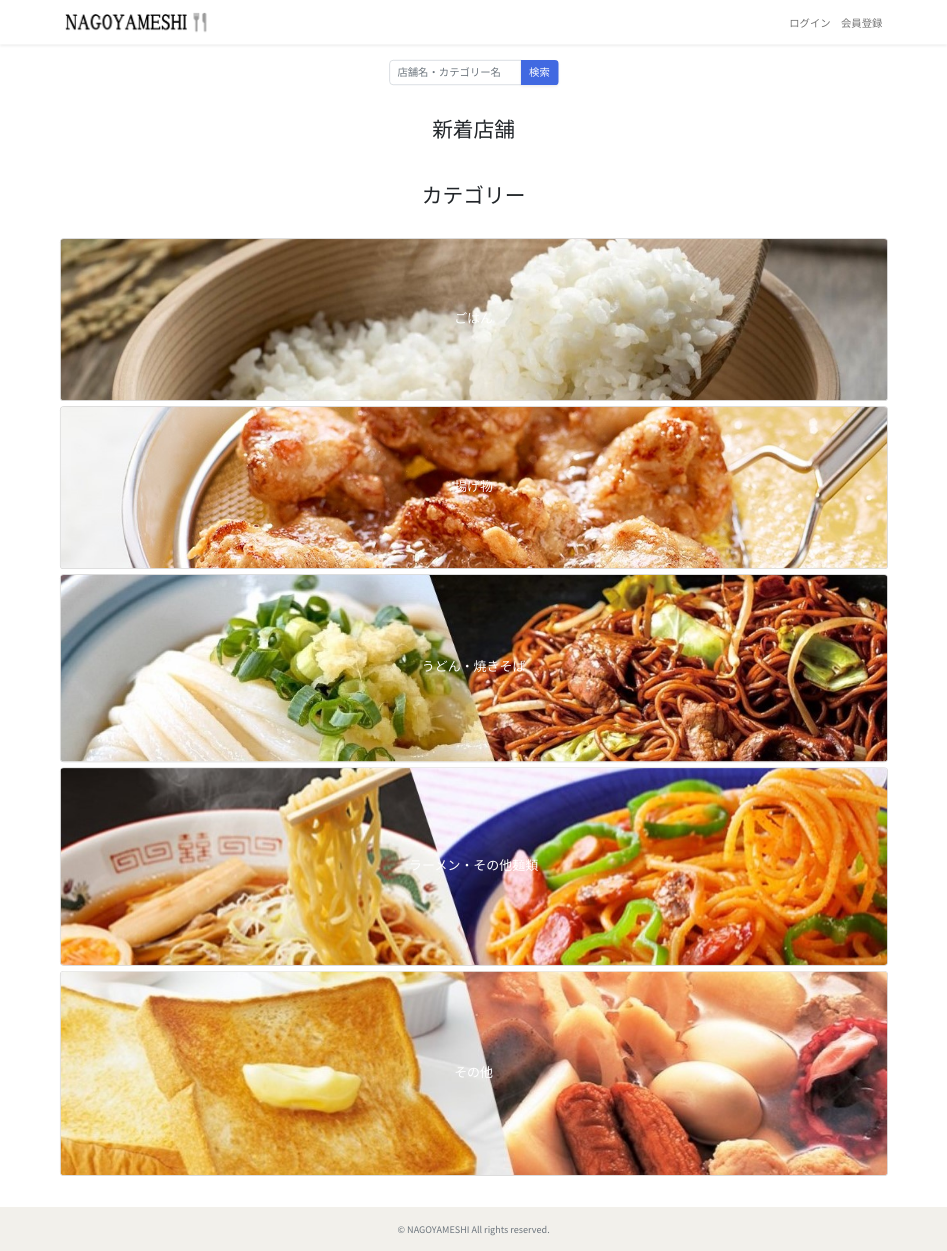
Repository: Yoshidak-ta/nagoyameshi
Page: http://localhost/index
The author's editor kept a copy of each file at every save. The page is drawn from the files as they stood at one save, then again after the next save.
The browser window is 1280 px wide. The pictures show the whole page, at 74% of full size.
The page is this project's Thymeleaf template; nobody is signed in. The template is opened directly, without the code that normally fills it, so the values that code supplies are empty.

Above is the page before, as saved 2024-03-18 05:23:32.

After the next save:
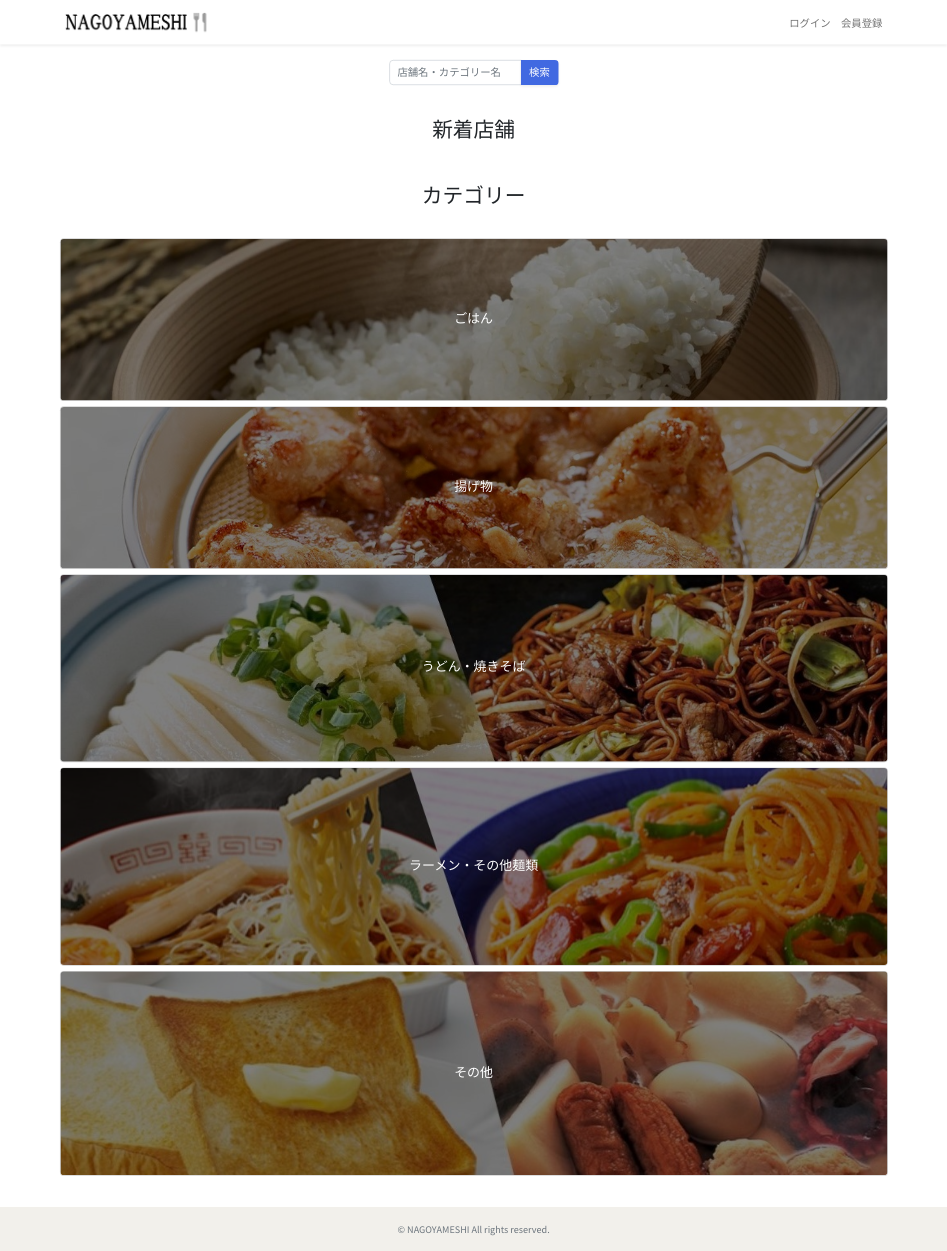
Saved 2 days later.
--- a/nagoyameshi/src/main/resources/static/css/style.css
+++ b/nagoyameshi/src/main/resources/static/css/style.css
@@ -107,6 +107,13 @@ html {
 	color: red;
 }
 
+.overlay-background {
+	height: 100%;
+	weight: 100%;
+	background-color: rgba(0, 0, 0, 0.5);
+
+}
+
  @media screen and (min-width: 1400px) {
    .nagoyameshi-container {
      max-width: 1200px;
